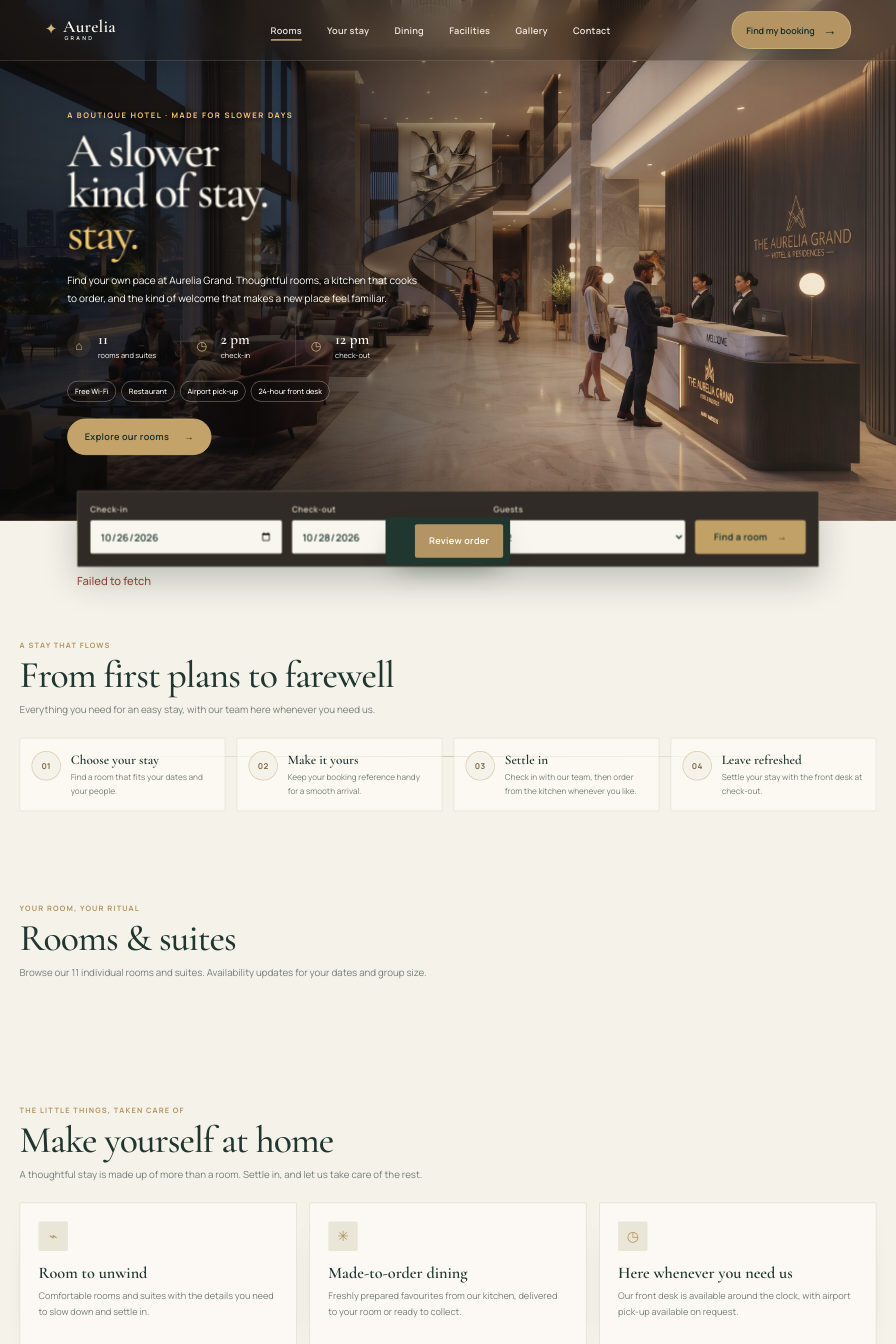
Repository: Deneththri/Hotel-System
Page: public/index.html
These files come from the project's save history. The page is drawn as it stood at one moment and after the next save; the edit follows.
The browser window is 1280 px wide. The pictures show the part of the page from y = 0 to 1920 px (the page is 3656 px tall before and 3631 px after), at 70% of full size.
The page's requests for data from a server got no answer.

Above is the page before, as saved 2026-11-08 14:25:08.

### public/index.html
<!DOCTYPE html>
<html lang="en">

<head>
  <meta charset="utf-8">
  <meta name="viewport" content="width=device-width,initial-scale=1">
  <meta name="theme-color" content="#17352d">
  <meta name="description" content="Find your own pace at Aurelia Grand. Thoughtful rooms, a kitchen that cooks to order, and a warm welcome.">
  <title>Aurelia Grand | A slower kind of stay</title>
  <link rel="preconnect" href="https://fonts.googleapis.com">
  <link rel="preconnect" href="https://fonts.gstatic.com" crossorigin>
  <link href="https://fonts.googleapis.com/css2?family=Cormorant+Garamond:wght@500;600;700&family=Manrope:wght@400;500;600;700&display=swap" rel="stylesheet">
  <link rel="stylesheet" href="style.css">
</head>

<body class="landing-page">
  <a class="skip-link" href="#main">Skip to content</a>
  <header class="nav">
    <div class="brand-wrap">
      <span class="brand-mark" aria-hidden="true">✦</span>
      <a class="brand brand-lockup" href="#top" aria-label="Aurelia Grand home"><span class="brand-name">Aurelia</span><span class="brand-subtitle">GRAND</span></a>
    </div>
    <nav class="main-nav" id="mainNav" aria-label="Main navigation">
      <a href="#stay">Rooms</a>
      <a href="#journey">Your stay</a>
      <a href="#dining">Dining</a>
      <a href="#facilities">Facilities</a>
      <a href="#gallery">Gallery</a>
      <a href="#contact">Contact</a>
    </nav>
    <a class="booking-pill" href="#manage">Find my booking <span aria-hidden="true">→</span></a>
    <button class="menu-toggle" type="button" aria-label="Open menu" aria-controls="mainNav" aria-expanded="false">☰</button>
  </header>

  <main id="main" class="landing-shell">
    <section class="hero" id="top" aria-labelledby="heroTitle">
      <div class="hero-copy">
        <p class="eyebrow">A BOUTIQUE HOTEL · MADE FOR SLOWER DAYS</p>
        <h1 class="hero-title" id="heroTitle"><span>A slower</span><span>kind of stay.</span><span>stay.</span></h1>
        <p class="lead">Find your own pace at Aurelia Grand. Thoughtful rooms, a kitchen that cooks to order, and the kind of welcome that makes a new place feel familiar.</p>
        <div class="stats" aria-label="Hotel information">
          <div class="stat-item"><span class="stat-icon" aria-hidden="true">⌂</span><div><strong>11</strong><small>rooms and suites</small></div></div>
          <div class="stat-item"><span class="stat-icon" aria-hidden="true">◷</span><div><strong>2 pm</strong><small>check-in</small></div></div>
          <div class="stat-item"><span class="stat-icon" aria-hidden="true">◷</span><div><strong>12 pm</strong><small>check-out</small></div></div>
        </div>
        <div class="amen" aria-label="Hotel amenities">
          <span>Free Wi-Fi</span><span>Restaurant</span><span>Airport pick-up</span><span>24-hour front desk</span>
        </div>
        <a class="btn dark hero-cta" href="#search">Explore our rooms <span aria-hidden="true">→</span></a>
      </div>
    </section>

    <form id="search" class="card search booking-search" aria-label="Search room availability">
      <label>Check-in<input type="date" id="checkIn" required></label>
      <label>Check-out<input type="date" id="checkOut" required></label>
      <label>Guests<select id="guests">
        <option>1</option><option selected>2</option><option>3</option><option>4</option>
      </select></label>
      <button class="btn" type="submit">Find a room <span aria-hidden="true">→</span></button>
    </form>
    <p id="searchMsg" class="msg" role="status" aria-live="polite"></p>

    <section id="journey" class="section journey-section" aria-labelledby="journeyTitle">
      <div class="section-heading" data-reveal>
        <p class="eyebrow">A STAY THAT FLOWS</p>
        <h2 id="journeyTitle">From first plans to farewell</h2>
        <p class="muted">Everything you need for an easy stay, with our team here whenever you need us.</p>
      </div>
      <ol class="journey-track">
        <li class="journey-step" data-reveal><span class="journey-number">01</span><div><h3>Choose your stay</h3><p>Find a room that fits your dates and your people.</p></div></li>
        <li class="journey-step" data-reveal><span class="journey-number">02</span><div><h3>Make it yours</h3><p>Keep your booking reference handy for a smooth arrival.</p></div></li>
        <li class="journey-step" data-reveal><span class="journey-number">03</span><div><h3>Settle in</h3><p>Check in with our team, then order from the kitchen whenever you like.</p></div></li>
        <li class="journey-step" data-reveal><span class="journey-number">04</span><div><h3>Leave refreshed</h3><p>Settle your stay with the front desk at check-out.</p></div></li>
      </ol>
    </section>

    <section id="stay" class="section stay-section">
      <div class="section-heading" data-reveal>
        <p class="eyebrow">YOUR ROOM, YOUR RITUAL</p>
        <h2>Rooms &amp; suites</h2>
        <p class="muted">Browse our 11 individual rooms and suites. Availability updates for your dates and group size.</p>
      </div>
      <p class="room-results-meta" id="roomResultsMeta" role="status" aria-live="polite"></p>
      <div class="room-carousel">
        <button class="room-arrow room-arrow-prev" type="button" aria-label="Show previous rooms" aria-controls="rooms" disabled>&larr;</button>
        <div id="rooms" class="grid room-track" aria-live="polite" tabindex="0"></div>
        <button class="room-arrow room-arrow-next" type="button" aria-label="Show more rooms" aria-controls="rooms" disabled>&rarr;</button>
      </div>
    </section>

    <section id="facilities" class="section facilities-section">
      <div class="section-heading" data-reveal>
        <p class="eyebrow">THE LITTLE THINGS, TAKEN CARE OF</p>
        <h2>Make yourself at home</h2>
        <p class="muted">A thoughtful stay is made up of more than a room. Settle in, and let us take care of the rest.</p>
      </div>
      <div class="facility-grid">
        <article class="facility-card" data-reveal><span class="facility-icon" aria-hidden="true">⌁</span><h3>Room to unwind</h3><p>Comfortable rooms and suites with the details you need to slow down and settle in.</p></article>
        <article class="facility-card" data-reveal><span class="facility-icon" aria-hidden="true">✳</span><h3>Made-to-order dining</h3><p>Freshly prepared favourites from our kitchen, delivered to your room or ready to collect.</p></article>
        <article class="facility-card" data-reveal><span class="facility-icon" aria-hidden="true">◷</span><h3>Here whenever you need us</h3><p>Our front desk is available around the clock, with airport pick-up available on request.</p></article>
      </div>
    </section>

    <section id="gallery" class="section gallery-section">
      <div class="gallery-copy" data-reveal>
        <p class="eyebrow">A GLIMPSE OF OLU</p>
        <h2>Arrive, and exhale.</h2>
        <p class="muted">Tropical greenery, warm light and a welcome that feels like it has been waiting just for you.</p>
        <a class="text-link" href="#search">Find your stay <span aria-hidden="true">→</span></a>
      </div>
      <figure class="gallery-photo" data-reveal role="img" aria-label="A serene guest room opening onto the hotel garden"></figure>
    </section>

    <section id="dining" class="section dining">
      <div class="section-heading" data-reveal>
        <p class="eyebrow">FROM OUR KITCHEN</p>
        <h2>A little something delicious</h2>
        <p class="muted">Order from our kitchen. Add your booking reference at checkout and we'll bring it to your room.</p>
      </div>
      <div id="menuStatus" class="muted" role="status" aria-live="polite"></div>
      <div id="tabs" class="tabs" aria-label="Menu categories"></div>
      <div id="menu"></div>
    </section>

    <section id="contact" class="section contact-section">
      <div data-reveal>
        <p class="eyebrow">A WARM WELCOME, ALWAYS</p>
        <h2>We're here to help.</h2>
        <p class="muted">Need a hand with an upcoming stay? Look up your booking or browse the kitchen menu.</p>
      </div>
      <div class="contact-actions" data-reveal>
        <a class="btn dark" href="#manage">Find my booking <span aria-hidden="true">→</span></a>
        <a class="btn ghost" href="#dining">Explore dining</a>
      </div>
    </section>

    <section id="manage" class="section narrow">
      <div class="section-heading" data-reveal>
        <p class="eyebrow">YOUR STAY, AT YOUR FINGERTIPS</p>
        <h2>Find my booking</h2>
        <p class="muted">Enter your reference and the email you booked with to view or cancel.</p>
      </div>
      <form id="lookup" class="card lookup">
        <input id="lref" placeholder="Reference, e.g. OL-1A2B3C" aria-label="Booking reference" required>
        <input id="lemail" type="email" placeholder="Email address" aria-label="Booking email address" required>
        <button class="btn ghost" type="submit">Find booking</button>
      </form>
      <p id="lookupMsg" class="msg" role="status" aria-live="polite"></p>
      <div id="lookupResult"></div>
    </section>
  </main>

  <footer><a class="footer-brand" href="#top">Aurelia Grand</a><span>Thoughtful stays, at your own pace.</span><a href="#contact">Get in touch</a><a href="/admin.html">Staff sign in</a></footer>
  <div class="cartbar" id="cartbar"><span></span><button class="btn" id="reviewBtn">Review order</button></div>
  <button class="pill" id="pill" hidden></button>
  <div id="modal" class="modal" hidden>
    <div class="sheet card" role="dialog" aria-modal="true" aria-labelledby="sheetTitle">
      <button class="x" id="close" aria-label="Close">&times;</button>
      <div id="sheetBody"></div>
    </div>
  </div>
  <script src="app.js"></script>
</body>

</html>

Loaded but not shown: public/app.js (140 lines, source omitted); public/style.css (4168 lines, source omitted)

After the next save:
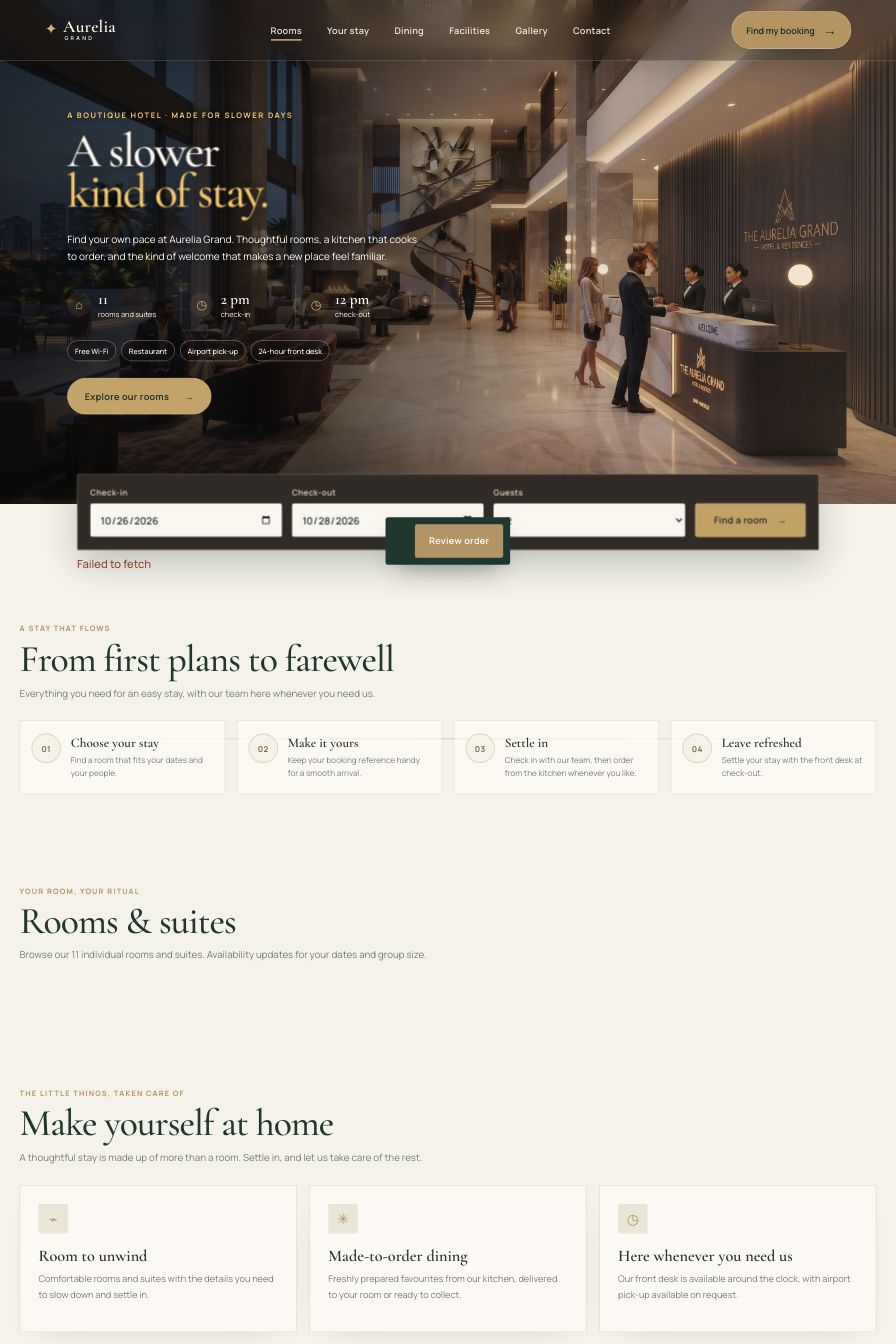
Saved 6 s later.
--- a/public/index.html
+++ b/public/index.html
@@ -36,7 +36,7 @@
     <section class="hero" id="top" aria-labelledby="heroTitle">
       <div class="hero-copy">
         <p class="eyebrow">A BOUTIQUE HOTEL · MADE FOR SLOWER DAYS</p>
-        <h1 class="hero-title" id="heroTitle"><span>A slower</span><span>kind of stay.</span><span>stay.</span></h1>
+        <h1 class="hero-title" id="heroTitle"><span>A slower</span><span>kind of stay.</span></h1>
         <p class="lead">Find your own pace at Aurelia Grand. Thoughtful rooms, a kitchen that cooks to order, and the kind of welcome that makes a new place feel familiar.</p>
         <div class="stats" aria-label="Hotel information">
           <div class="stat-item"><span class="stat-icon" aria-hidden="true">⌂</span><div><strong>11</strong><small>rooms and suites</small></div></div>
